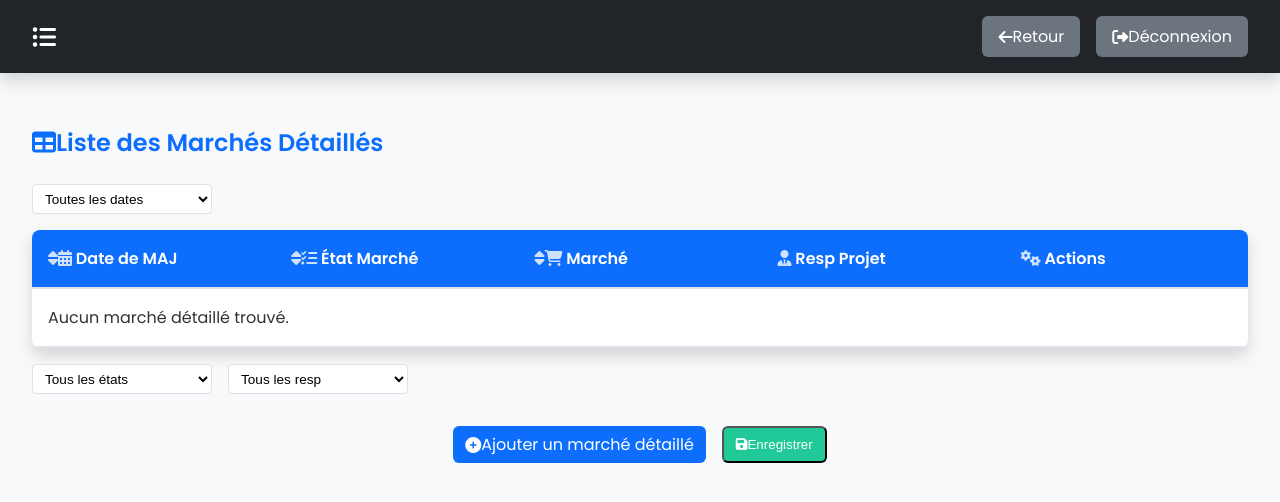
Repository: Andriatiana669/Retour_XP
Page: dashboard/templates/dashboard/liste_marche.html
An editor plug-in stored every save of this project. The page is shown before and after the next save, followed by the edit.
The browser window is 1280 px wide. The pictures show the whole page.
The page is served by the project's application, run on Django 5.2 (manage.py). The template is opened directly, without the code that normally fills it, so the values that code supplies are empty.

Above is the page before, as saved 2026-01-07 15:10:10.

After the next save:
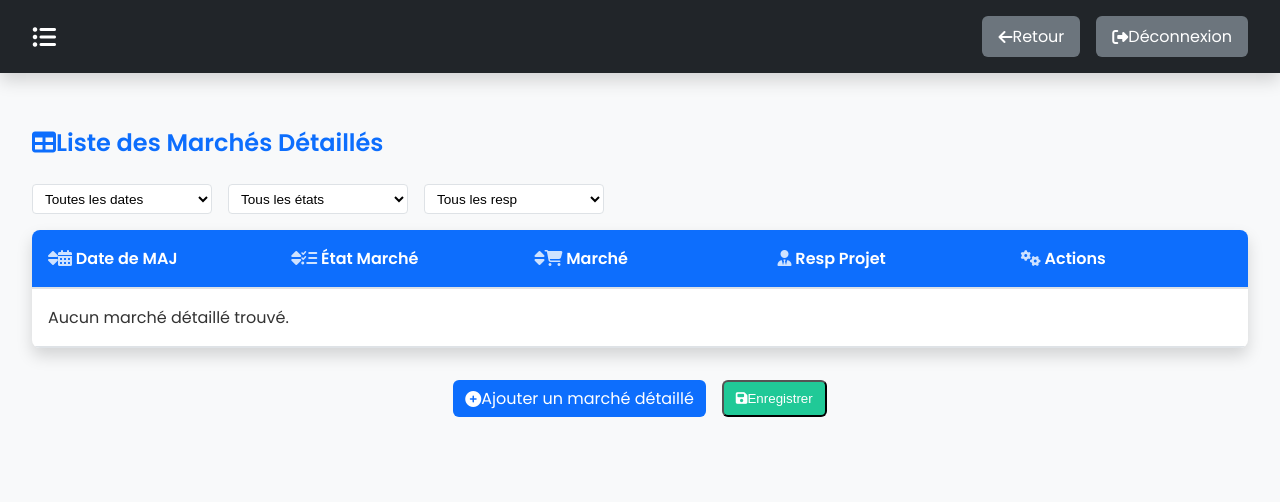
Saved 58 s later.
--- a/dashboard/static/dashboard/js/liste_marche.js
+++ b/dashboard/static/dashboard/js/liste_marche.js
@@ -47,7 +47,7 @@ document.addEventListener('DOMContentLoaded', () => {
     etatFilter.innerHTML = '<option value="all">Tous les états</option>';
     const etats = [...new Set(rows.map(r => r.querySelector('select[name="etat"] option:checked')?.textContent.trim() || 'Non défini'))];
     etats.sort().forEach(e => etatFilter.innerHTML += `<option value="${e}">${e}</option>`);
-    $('#filtersBar').append(etatFilter);
+    document.querySelector('.marches-table').before(etatFilter);
 
     // 3) filtre Resp
     const respFilter = document.createElement('select');
@@ -55,7 +55,7 @@ document.addEventListener('DOMContentLoaded', () => {
     respFilter.innerHTML = '<option value="all">Tous les resp</option>';
     const resps = [...new Set(rows.map(r => r.cells[3].textContent.trim()))];
     resps.sort().forEach(r => respFilter.innerHTML += `<option value="${r}">${r}</option>`);
-    $('#filtersBar').append(respFilter);
+    document.querySelector('.marches-table').before(respFilter);
 
     /* ---------- APPLICATION DES FILTRES ---------- */
     function applyFilters() {
